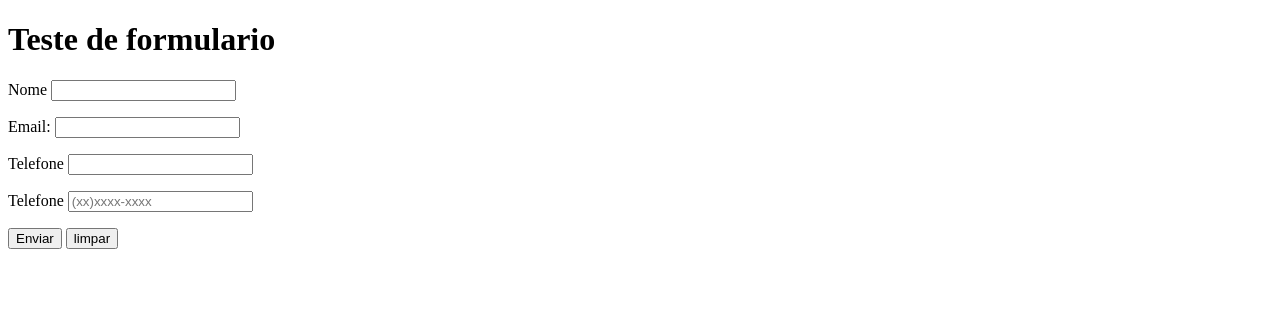
Repository: Lucianorodriguesdev/cursoHTML-CSS
Page: ex025/form004.html
These files come from the project's save history. The page is drawn as it stood at one moment and after the next save; the edit follows.
The browser window is 1280 px wide. The pictures show the whole page.

Above is the page before, as saved 2026-07-08 10:42:10.

After the next save:
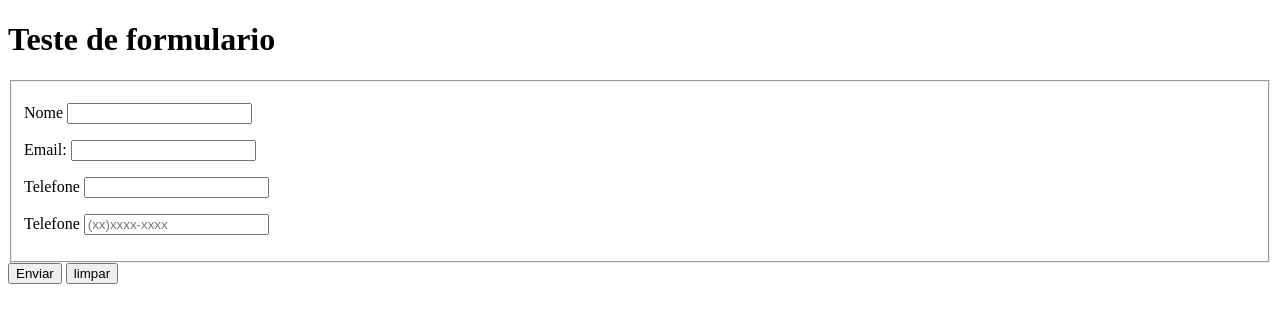
Saved 52 s later.
--- a/ex025/form004.html
+++ b/ex025/form004.html
@@ -9,26 +9,25 @@
     <h1>Teste de formulario</h1>
     <form action="formulario.php" method="post" autocomplete="on">
 
-        <p>
-            <label for="inome">Nome</label>
-            <input type="text" name="nome" id="inome" minlength="5"
-            maxlength="26" required>
-        </p>
-
-        <p>
-            <label for="iemail" >Email:</label>
-            <input type="email" name="email" id="iemail" required autocomplete="email">
-        </p>
-
-        <p>
-            <label for="inumero">Telefone</label>
-            <input type="tel" name="numero" id="inumero" required autocomplete="tel" pattern="^[0-9]{4}-[0-9]{4}$">
-        </p>
-
-        <p>
-            <label for="itel">Telefone</label>
-            <input type="tel" name="telefone" id="itel" required autocomplete="tel" pattern="^\(\d{2}\)\d{4,5}-\d{4}$" placeholder="(xx)xxxx-xxxx">
-        </p>
+        <fieldset>
+            <p>
+                <label for="inome">Nome</label>
+                <input type="text" name="nome" id="inome" minlength="5"
+                maxlength="26" required>
+            </p>
+            <p>
+                <label for="iemail" >Email:</label>
+                <input type="email" name="email" id="iemail" required autocomplete="email">
+            </p>
+            <p>
+                <label for="inumero">Telefone</label>
+                <input type="tel" name="numero" id="inumero" required autocomplete="tel" pattern="^[0-9]{4}-[0-9]{4}$">
+            </p>
+            <p>
+                <label for="itel">Telefone</label>
+                <input type="tel" name="telefone" id="itel" required autocomplete="tel" pattern="^\(\d{2}\)\d{4,5}-\d{4}$" placeholder="(xx)xxxx-xxxx">
+            </p>
+        </fieldset>
 
         <!--uso de RegEx-->
 
